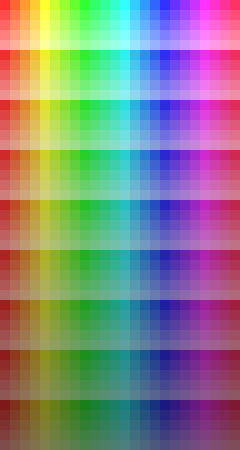
Repository: zhuqinghe/mapf_visualizer
Script's output: python color.py
These files come from the project's save history. The script's output is drawn as it stood at one moment and after a run of saves; the edit follows.
The window is shown after at most 60 frames with no key pressed. Random numbers start from a fixed seed.

Above is the script's output before, as saved 2021-07-19 16:09:41.

### color.py
import pygame
import math


def k_contrast_color(k_color, RGB_list, HSV_list):
  # hue       : 0-360, min_step: 5(72)
  # saturation: 0.4-0.8, min_step: 0.1(5)
  # intensive : 0.5-1.0, min_step: 0.1(6)
  # max_color = 72*6*6 = 2592

  H_min_step = 15
  H_max_num = 360 // H_min_step
  S_min_step = 0.1
  S_max_num = math.floor(0.4 / S_min_step) + 1
  I_min_step = 0.1
  I_max_num = math.floor(0.9 / I_min_step) + 1

  H = 360
  S = 1
  I = 1

  if k_color <= H_max_num*S_max_num*I_max_num:
    if k_color <= H_max_num*S_max_num:
      if k_color <= H_max_num:
        S = 1
        I = 1
        H_step = 360 // k_color
        for i in range(k_color):
          Hi = i
          tmp_H = Hi * H_step
          RGB_list.append(HSI2RGB(tmp_H, S, I))
          HSV_list.append([tmp_H, S, I])
      else:
        I = 1
        H_step = H_min_step
        S_num = math.ceil(k_color / H_max_num)
        S_step = 0.5 / (S_num-1)
        for i in range(k_color):
          Hi = i % H_max_num
          tmp_H = Hi * H_step
          Si = math.floor(i / H_max_num)
          tmp_S = 0.8 - Si * S_step
          RGB_list.append(HSI2RGB(tmp_H, tmp_S, I))
          HSV_list.append([tmp_H, tmp_S, I])

    else:
        S_step = 0.1
        H_step = H_min_step
        I_num = math.ceil(k_color / (H_max_num*S_max_num))
        I_step = 0.5 / (I_num-1)
        for i in range(k_color):
          Hi = i % H_max_num
          tmp_H = Hi * H_step
          Si = (i//H_max_num) % S_max_num
          tmp_S = 0.8 - Si * S_step
          Ii = math.floor(i / (H_max_num*S_max_num))
          tmp_I = 1.0 - Ii * I_step
          RGB_list.append(HSI2RGB(tmp_H, tmp_S, tmp_I))
          HSV_list.append([tmp_H, tmp_S, tmp_I])

  else : # >2592
    print("[ERROR]: NUM OF COLOR IS TOO LARGE.")

  return RGB_list, HSV_list


def HSI2RGB(H, S ,I):
  # print('H:', H, ', S:', S, ', I:', I)
  R = 0
  G = 0
  B = 0
  if S < 1e-6:
    R = I
    G = I
    B = I
  else:
    if H >= 0 and H < 120:
      B = I * (1 - S)
      R = I * (1 + (S * math.cos(H*math.pi/180)) / math.cos((60 - H)*math.pi/180))
      G = 3 * I - (R + B)
    elif H >= 120 and H < 240:
      H = H - 120
      R = I * (1 - S)
      G = I * (1 + (S * math.cos(H*math.pi/180)) / math.cos((60 - H)*math.pi/180))
      B = 3 * I - (R + G)
    elif H >= 240 and H < 360:
      H = H - 240
      G = I * (1 - S)
      B = I * (1 + (S * math.cos(H*math.pi/180)) / math.cos((60 - H)*math.pi/180))
      R = 3 * I - (G + B)
    else:
      print("[ERROR]: H not in [0, 360)")
      return
  # print('R:', R, ', G:', G, ', B:', B)


  return [round(R*255), round(G*255), round(B*255)]


if __name__ == '__main__':
  grid_len = 24
  grid_wid = 45
  grid_size = 10
  win_len = grid_len*grid_size
  win_wid = grid_wid*grid_size

  pygame.init()
  screen = pygame.display.set_mode((win_len, win_wid))
  pygame.display.set_caption('k contrast color')

  grids = [pygame.Surface((grid_size, grid_size),
                          pygame.SRCALPHA).convert_alpha() \
                          for _ in range(grid_len*grid_wid)]
  map_back = pygame.surface.Surface((win_len, win_wid),
                                    pygame.SRCALPHA, 32)
  map_back = map_back.convert_alpha()

  rgb_colors = []
  hsv_colors = []
  k_contrast_color(grid_len*grid_wid, rgb_colors, hsv_colors)
  # print('color len:', len(rgb_colors))
  # print(rgb_colors)
  map_back.fill((0,0,0))
  while 1:
    for i in range(grid_len):
      for j in range(grid_wid):
        color = pygame.Color(0,0,0,0)
        rgb_color = (rgb_colors[j*grid_len+i][0],
                      rgb_colors[j*grid_len+i][1],
                      rgb_colors[j*grid_len+i][2],
                      255)
        hsv_color = (hsv_colors[j*grid_len+i][0],
                      hsv_colors[j*grid_len+i][1]*100,
                      hsv_colors[j*grid_len+i][2]*100,
                      100)
        color.hsva = hsv_color
        # print(color)
        grids[j*grid_len+i].fill(color)
        map_back.blit(grids[j*grid_len+i],
                            ((i)*grid_size,
                              (j)*grid_size))
    screen.blit(map_back, (0,0))
    pygame.display.update()
    for event in pygame.event.get():
      if event.type == pygame.QUIT:
        pygame.quit()

After the next 2 saves:
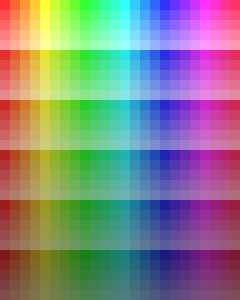
The 2 saves are shown as one change because 1 did not build or start.
The last was saved 31 s later.
--- a/color.py
+++ b/color.py
@@ -13,7 +13,7 @@ def k_contrast_color(k_color, RGB_list, HSV_list):
   S_min_step = 0.1
   S_max_num = math.floor(0.4 / S_min_step) + 1
   I_min_step = 0.1
-  I_max_num = math.floor(0.9 / I_min_step) + 1
+  I_max_num = math.floor(0.5 / I_min_step) + 1
 
   H = 360
   S = 1
@@ -99,7 +99,7 @@ def HSI2RGB(H, S ,I):
 
 if __name__ == '__main__':
   grid_len = 24
-  grid_wid = 45
+  grid_wid = 30
   grid_size = 10
   win_len = grid_len*grid_size
   win_wid = grid_wid*grid_size
